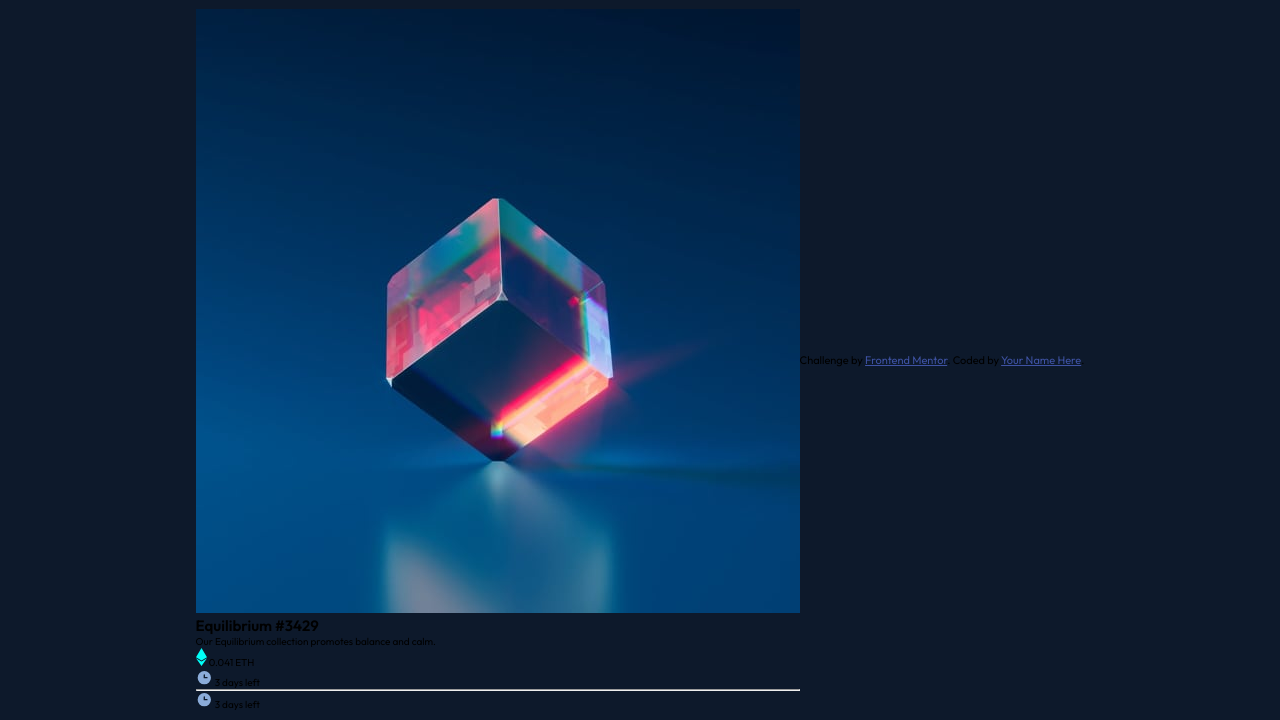
Repository: thaibaocoder1/nft-preview-card-component
Page: index.html
An editor plug-in stored every save of this project. The page is shown before and after a run of saves, followed by the edit.
The browser window is 1280 px wide. The pictures show the whole page.

Above is the page before, as saved 2023-01-06 18:27:37.

### index.html
<!DOCTYPE html>
<html lang="en">
<head>
  <meta charset="UTF-8">
  <meta name="viewport" content="width=device-width, initial-scale=1.0">
  <link rel="icon" type="image/png" sizes="32x32" href="./images/favicon-32x32.png">
  <title>Frontend Mentor | NFT preview card component</title>
  <link rel="stylesheet" href="./images/favicon-32x32.png">
  <link rel="stylesheet" href="./style.css">
  <style>
    .attribution { font-size: 11px; text-align: center; }
    .attribution a { color: hsl(228, 45%, 44%); }
  </style>
</head>
<body>
  <main class="container">
    <img src="./images/image-equilibrium.jpg" alt="" class="container-img">
    <div class="container-content">
      <h2 class="container-heading">Equilibrium #3429</h2>
      <p class="container-descs">Our Equilibrium collection promotes balance and calm.</p>
    </div>
    <section class="container-date">
      <div>
        <img src="./images/icon-ethereum.svg" alt="" class="container-date--image">
        <span class="container-date--text">0.041 ETH</span>
      </div>
      <div>
        <img src="./images/icon-clock.svg" alt="" class="container-date--image">
        <span class="container-date--text">3 days left</span>
      </div>
    </section>
    <hr>
    <div class="container-footer">
      <img src="./images/icon-clock.svg" alt="" class="container-date--image">
      <span class="container-date--text">3 days left</span>
    </div>
  </main>


  <div class="attribution">
    Challenge by <a href="https://www.frontendmentor.io?ref=challenge" target="_blank">Frontend Mentor</a>.
    Coded by <a href="#">Your Name Here</a>.
  </div>
</body>
</html>
<!-- Equilibrium #3429

Our Equilibrium collection promotes balance and calm.

0.041 ETH
3 days left

Creation of Jules Wyvern -->

### style.css
@import url('https://fonts.googleapis.com/css2?family=Outfit:wght@300;400;600&display=swap');
* {
    margin: 0;
    padding: 0;
    box-sizing: border-box;
}
body {
    text-rendering: optimizeLegibility;
    scroll-behavior: smooth;
    font-size: 62.5%;
    font-family: 'Outfit', sans-serif;
    display: flex;
    align-items: center;
    justify-content: center;
    min-height: calc(100vh - 1px);
    background-color: var(--very-dark-blue-main);
}
:root {
    --soft-blue: hsl(215, 51%, 70%);
    --cyan-color: hsl(178, 100%, 50%);
    --very-dark-blue-main: hsl(217, 54%, 11%);
    --very-dark-blue-card: hsl(216, 50%, 16%);
    --very-dark-blue-line: hsl(215, 32%, 27%);
    --white-color: hsl(0, 0%, 100%);
}

After the next 6 saves:
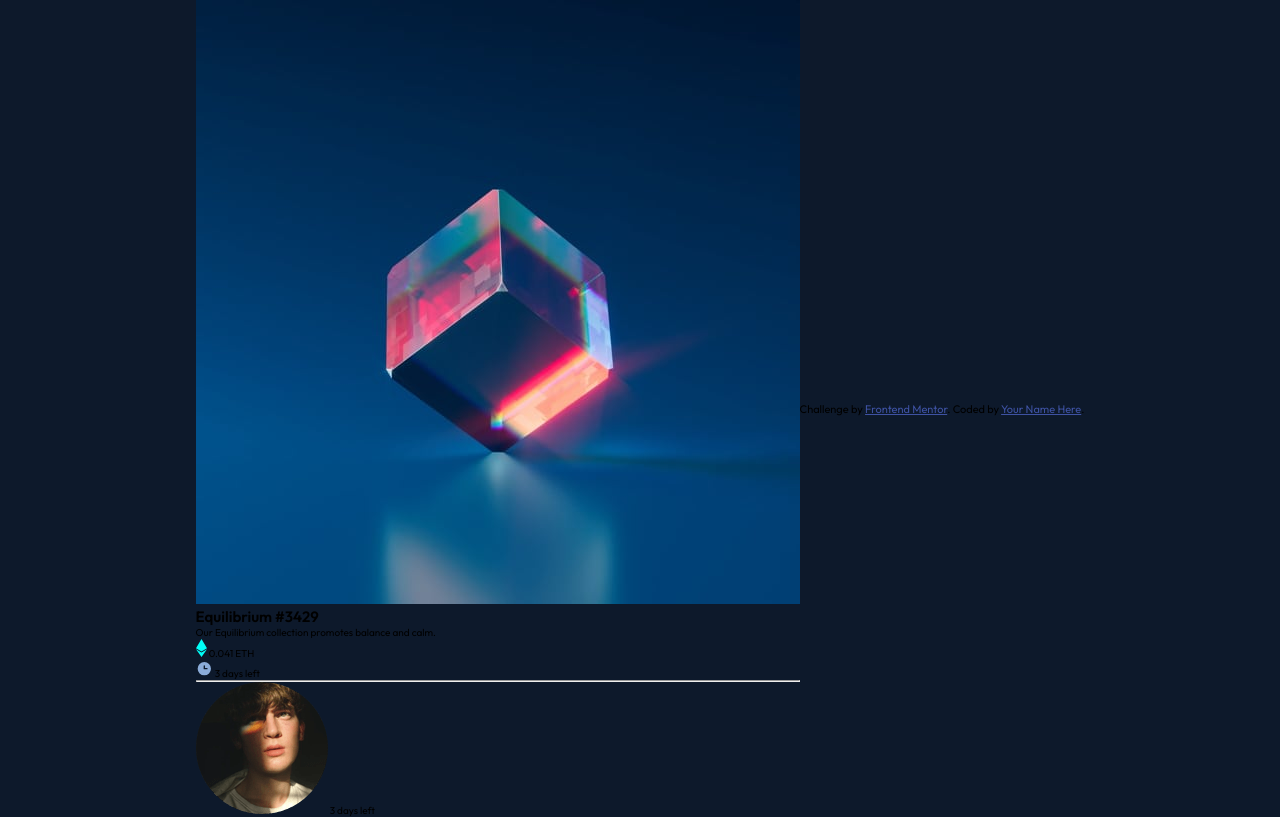
The 6 saves are shown as one change because they came seconds apart.
The last was saved 14 s later.
--- a/index.html
+++ b/index.html
@@ -31,7 +31,7 @@
     </section>
     <hr>
     <div class="container-footer">
-      <img src="./images/icon-clock.svg" alt="" class="container-date--image">
+      <img src="./images/image-avatar.png" alt="" class="container-date--image">
       <span class="container-date--text">3 days left</span>
     </div>
   </main>
